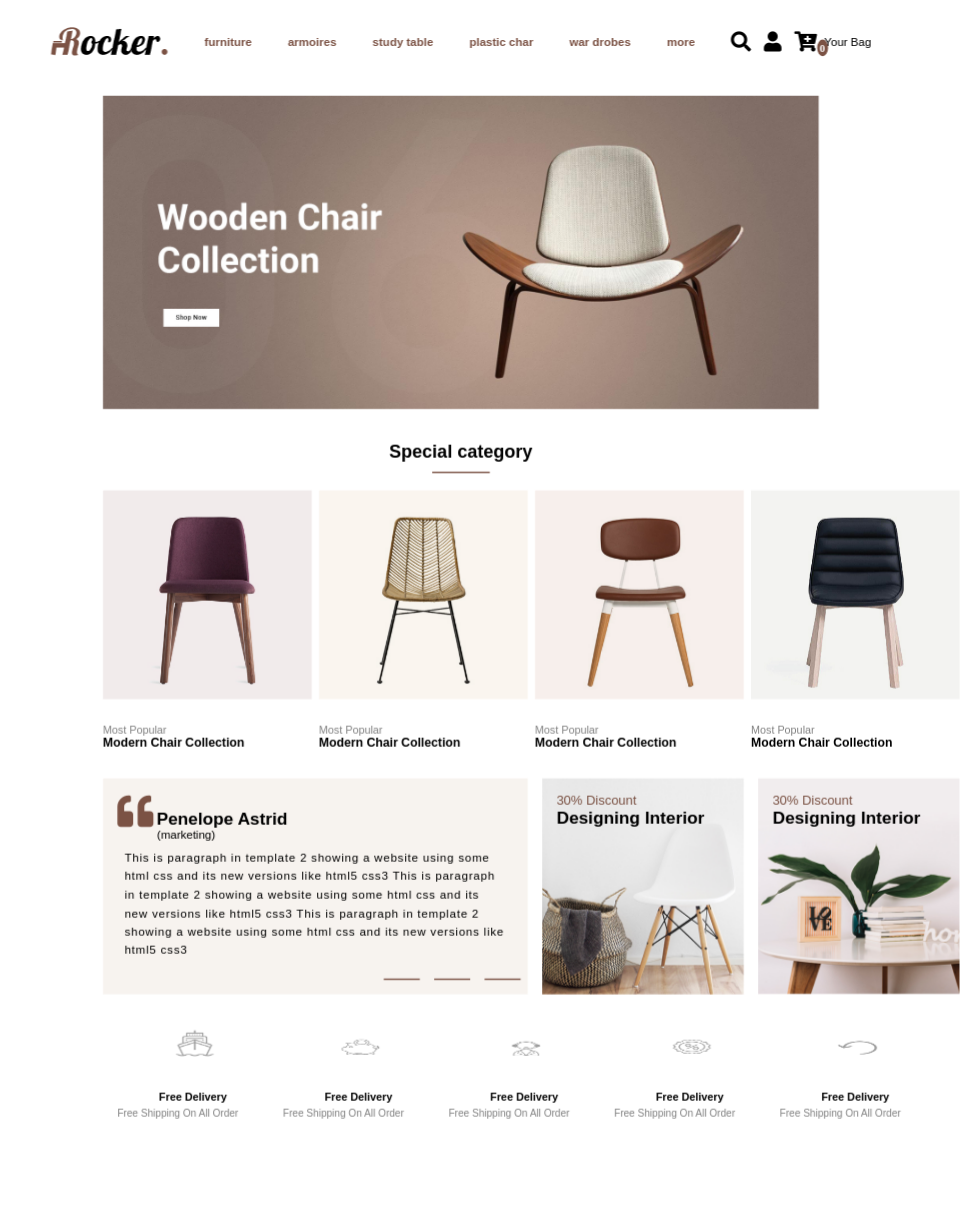
Repository: Ahmed123rezk123/p2-template
Page: index.html
These files come from the project's save history. The page is drawn as it stood at one moment and after a run of saves; the edit follows.
The browser window is 1280 px wide. The page is 1333 px wide, so the pictures cover 1333 px, including what lies to the right of the window. The pictures show the whole page, at 72% of full size.

Above is the page before, as saved 2024-01-24 23:19:56.

After the next 3 saves:
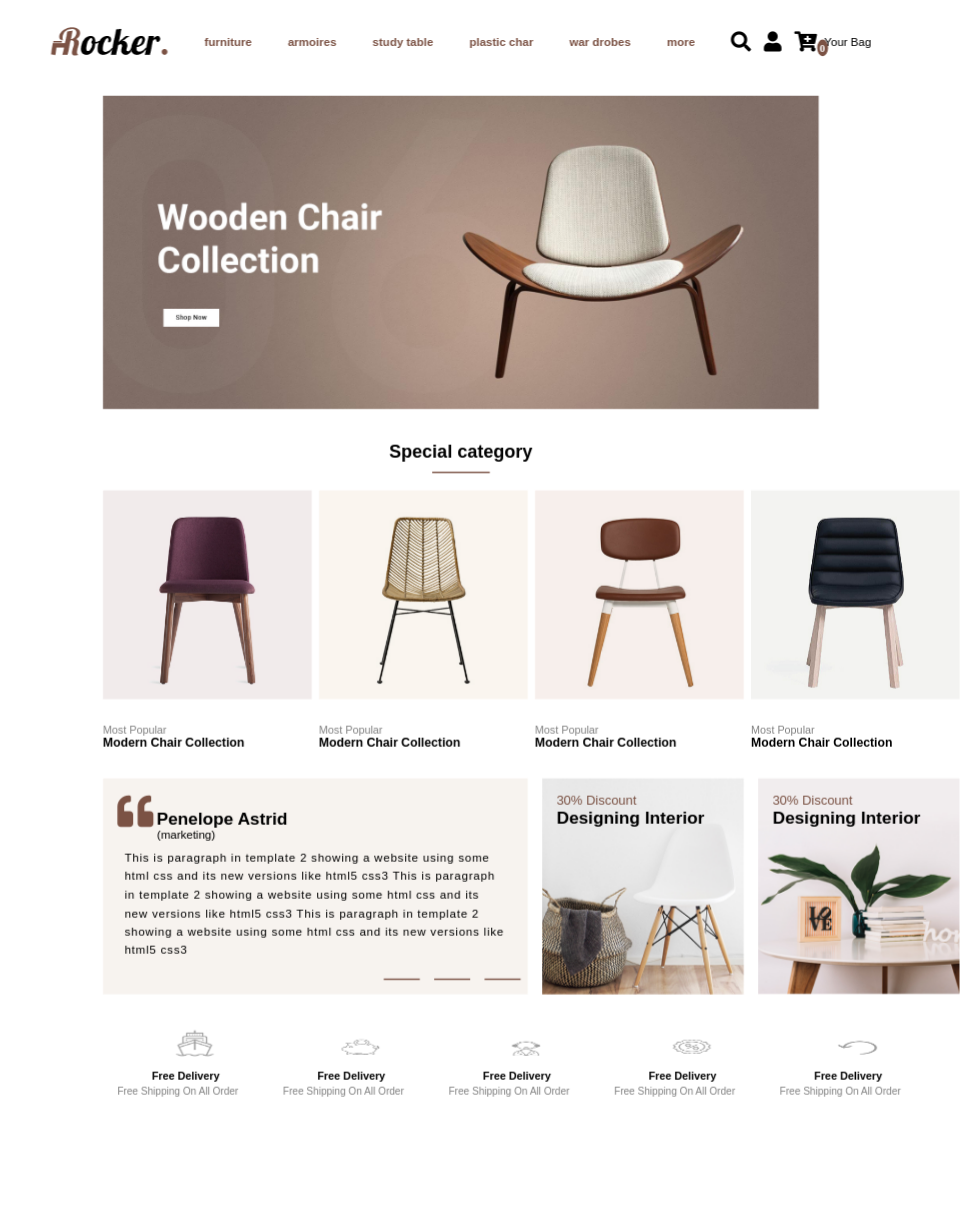
The 3 saves are shown as one change because they came seconds apart.
The last was saved 16 s later.
--- a/css/style.css
+++ b/css/style.css
@@ -371,7 +371,7 @@ left: 260px;
     .section2 .container .parent1 .parent2 .div3-1 h3,
     .section2 .container .parent1 .parent2 .div4-1 h3,
     .section2 .container .parent1 .parent2 .div5-1 h3 {
-        margin: 30px auto;
+        margin-left: -20px;
         font-size: 15px;
         text-align: center;
         margin-bottom: 5px;
